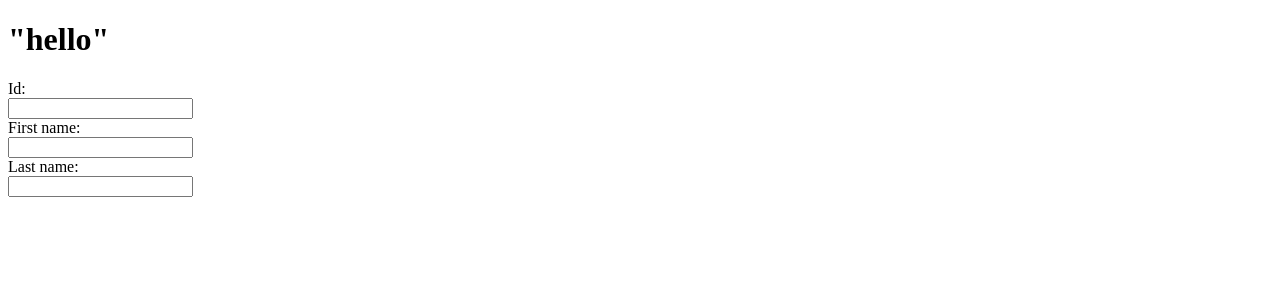
Repository: jnnbaran/DBManager
Page: http://localhost/DBServlet/add.jsp
These files come from the project's save history. The page is drawn as it stood at one moment and after the next save; the edit follows.
The browser window is 1280 px wide. The pictures show the whole page.
The page is served by Tomcat 9.

Above is the page before, as saved 2019-11-18 17:36:47.

After the next save:
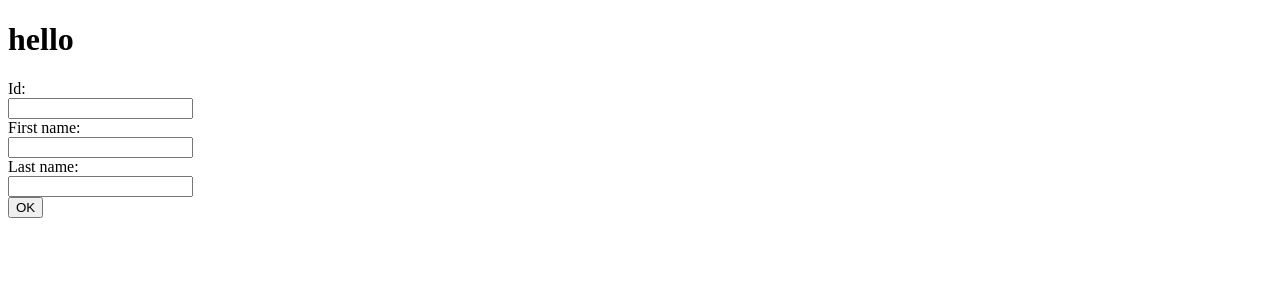
Saved 92 s later.
--- a/DBServlet/WebContent/add.jsp
+++ b/DBServlet/WebContent/add.jsp
@@ -11,18 +11,23 @@
 
 
 
-<h1> "hello" </h1>
+<h1> hello </h1>
 
 
  <form>
 	Id:<br>
-  <input type="text" name="firstname"><br>
+  <input type="text" name="id"><br>
   First name:<br>
   <input type="text" name="firstname"><br>
   Last name:<br>
   <input type="text" name="lastname">
 </form>
 
+<form name="queryForm" action="AddServlet" method="post">
+
+        <button name="query" cols="50" rows="10" form="queryForm" value = " "> OK </button>
+
+ </form>
 
 
 
